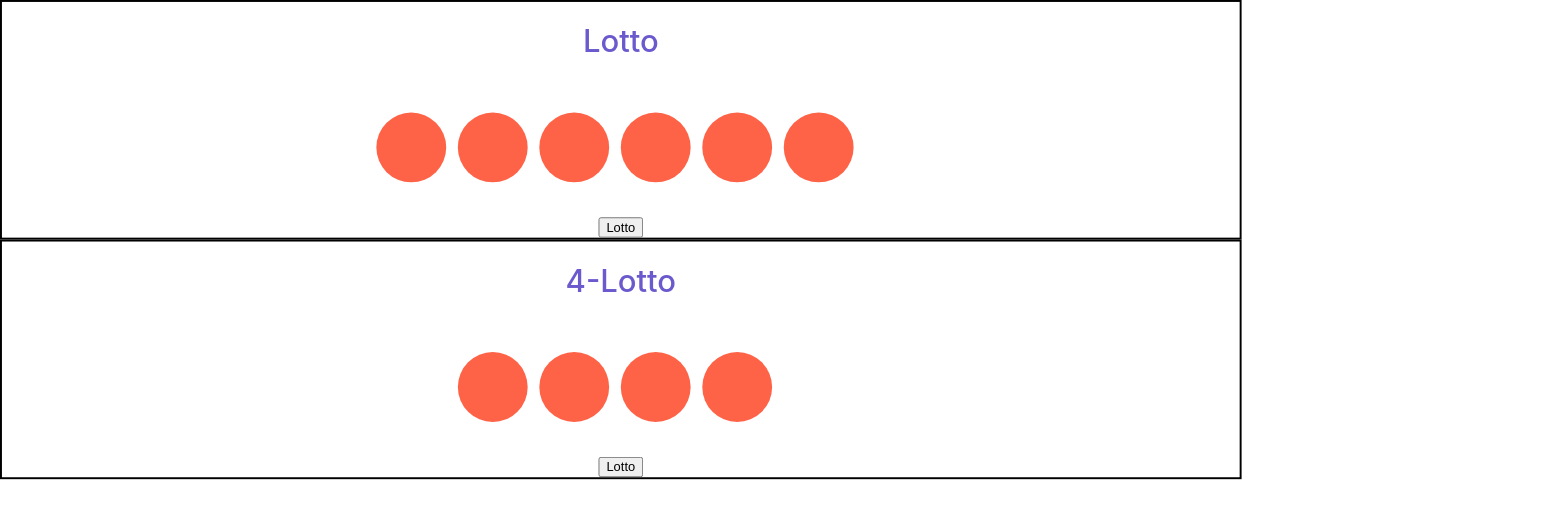
Repository: dung8466/learn-react
Page: / (app in lottery/)
An editor plug-in stored every save of this project. The page is shown before and after the next save, followed by the edit.
The browser window is 1280 px wide. The page is 1280 px wide, then 1604 px, so the pictures cover 1604 px, including what lies to the right of the window. The pictures show the whole page, at 97% of full size.
The project was rebuilt for these pictures with package versions that can differ from the ones it lists, and the page was loaded fresh each time.

Above is the page before, as saved 2022-09-18 21:04:30.

### lottery/src/App.js
import React, {Component} from 'react';
import './App.css';
import Lotto from './Lotto';
class App extends Component{
  render(){
    return (
      <div className="App">
        <Lotto />
        <Lotto title='4-Lotto' numBall={4} maxNum={10}/>
      </div>
    );
  }
}

export default App;

### lottery/src/Lotto.js
import React, {Component} from "react";
import './Lotto.css';
import LotteryBall from "./LotteryBall";

class Lotto extends Component{
    static defaultProps = {
        title : 'Lotto',
        numBall : 6,
        maxNum: 99
    }
    constructor(props){
        super(props);
        this.state = {nums : Array.from({length: this.props.numBall}) };
        this.generate = this.generate.bind(this);
    }
    generate(){
        this.setState(curSt => ({
            nums: curSt.nums.map(num => num = Math.floor(Math.random() * this.props.maxNum)),
        }))
    }
    render(){
        return(
            <div className="lotto">
                <h1>{this.props.title}</h1>
                <div className="ballDisplay">
                    {this.state.nums.map(b => (
                        <LotteryBall nums={b}/>
                    ))}
                </div>
                <button onClick={this.generate}>Lotto</button>
            </div>
        );
    }
}

export default Lotto;

### lottery/src/Lotto.css
.lotto{
    display: flex;
    flex-direction: column;
    justify-content: space-between;
    align-items: center;
    flex-wrap: wrap;
    gap: 2em;
    border: 2px solid black;
}

.lotto h1{
    font-size: 2em;
    font-weight: 500;
    color: slateblue;
}

### lottery/src/LotteryBall.js
import React, {Component} from "react";
import './LotteryBall.css';

class LotteryBall extends Component{
    render(){
        return(
            <div className="ball">{this.props.nums}</div>
        );
    }
}

export default LotteryBall;

### lottery/src/LotteryBall.css
.ball{
    display: inline-block;
    background-color: tomato;
    color: white;
    border-radius: 50%;
    width: 3em;
    height: 2.25em;
    text-align: center;
    padding-top: 0.75em;
    margin-right: 0.5em;
    font-weight: bold;
    font-size: 1.5em;
}

Loaded but not shown: lottery/public/index.html (common file); lottery/src/index.js (common file); lottery/src/index.css (common file); lottery/src/reportWebVitals.js (common file); lottery/src/App.css (common file)

After the next save:
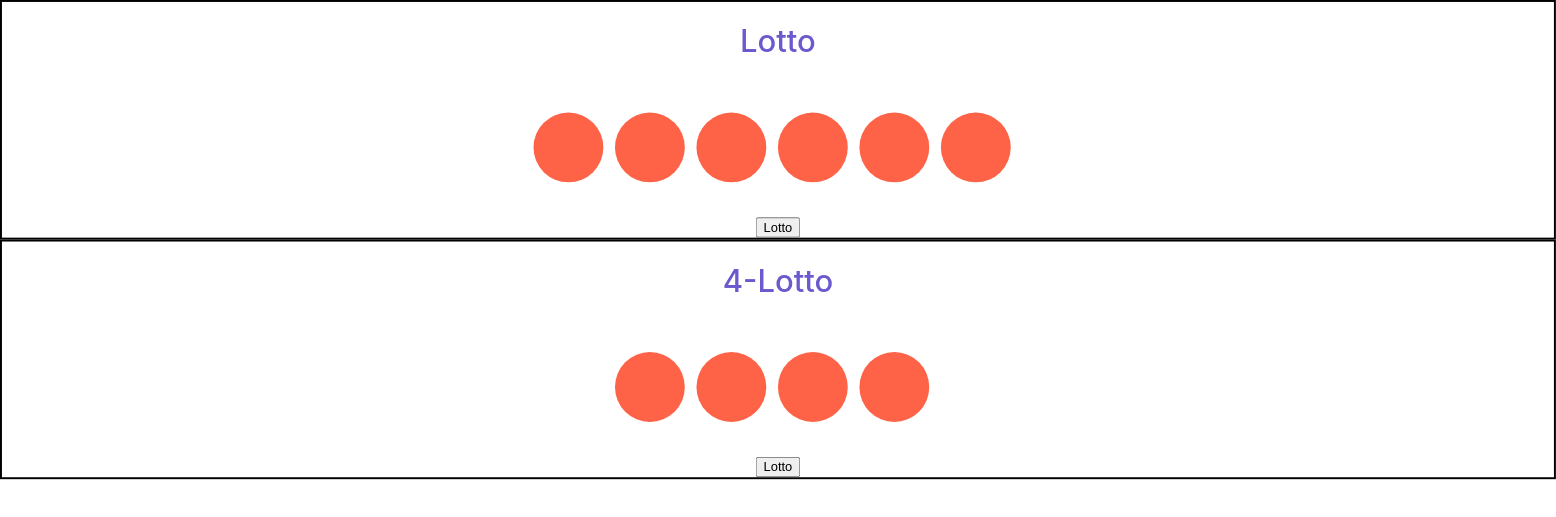
Saved 8 s later.
--- a/lottery/src/Lotto.css
+++ b/lottery/src/Lotto.css
@@ -6,6 +6,7 @@
     flex-wrap: wrap;
     gap: 2em;
     border: 2px solid black;
+    width: 100em;
 }
 
 .lotto h1{
